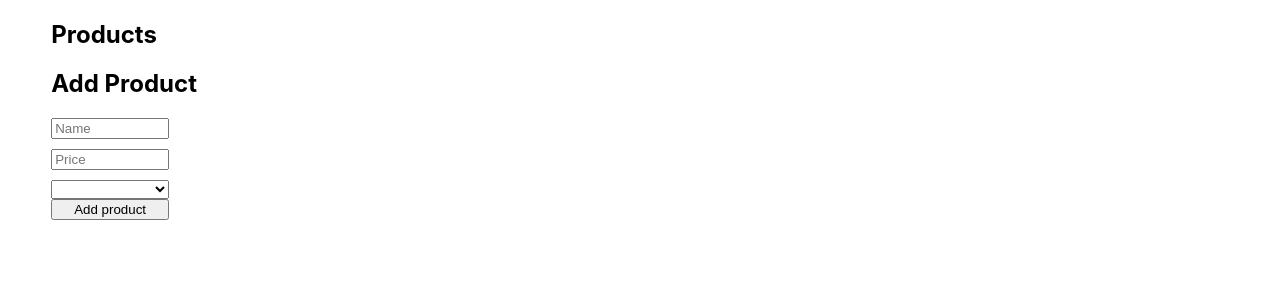
Repository: zcoderboy/redux-workout
Page: /
The author's editor kept a copy of each file at every save. The page is drawn from the files as they stood at one save, then again after the next save.
The browser window is 1280 px wide. The pictures show the whole page.
The project was rebuilt for these pictures with package versions that can differ from the ones it lists, and the page was loaded fresh each time. Also part of the build but not shown: src/Product.js.

Above is the page before, as saved 2020-08-17 15:34:42.

### src/index.js
import React from 'react';
import ReactDOM from 'react-dom';
import './index.css';
import App from './App';
import * as serviceWorker from './serviceWorker';
import reducer from './reducers'
import {createStore} from 'redux'
import {Provider} from 'react-redux'

const store = createStore(reducer,window.__REDUX_DEVTOOLS_EXTENSION__ && window.__REDUX_DEVTOOLS_EXTENSION__())

ReactDOM.render(
  <Provider store={store}>
    <React.StrictMode>
      <App />
    </React.StrictMode>
  </Provider>,
  document.getElementById('root')
);

// If you want your app to work offline and load faster, you can change
// unregister() to register() below. Note this comes with some pitfalls.
// Learn more about service workers: https://bit.ly/CRA-PWA
serviceWorker.unregister();

### src/App.js
import React from 'react';
import './App.css';
import ProductListContainer from './containers/ProductListContainer';
import ProductAddContainer from './containers/ProductAddContainer';

function App() {
  return (
    <div className="App">
      <ProductListContainer/>
      <ProductAddContainer/>
    </div>
  );
}

export default App;

### src/reducers/index.js
import {combineReducers} from 'redux'
import cart from './CartReducer'
import products from './ProductReducer'
import categories from './CategoryReducer'

export default combineReducers({
  cart,
  products,
  categories
})

### src/App.css
.App {
  padding: 0 4vw;
}

.App-logo {
  height: 40vmin;
  pointer-events: none;
}

@media (prefers-reduced-motion: no-preference) {
  .App-logo {
    animation: App-logo-spin infinite 20s linear;
  }
}

.App-header {
  background-color: #282c34;
  min-height: 100vh;
  display: flex;
  flex-direction: column;
  align-items: center;
  justify-content: center;
  font-size: calc(10px + 2vmin);
  color: white;
}

.App-link {
  color: #61dafb;
}

@keyframes App-logo-spin {
  from {
    transform: rotate(0deg);
  }
  to {
    transform: rotate(360deg);
  }
}

### src/containers/ProductListContainer.js
import {connect} from 'react-redux'
import ProductList from '../ProductList'

const mapStateToProps = (state) => {
  return {
    products: Object.keys(state.products)
  }
}

export default connect(mapStateToProps,null)(ProductList)

### src/containers/ProductAddContainer.js
import {connect} from 'react-redux'
import ProductAdd from '../ProductAdd'

const mapStateToProps = (state) => {
  return {
    keys: Object.keys(state.categories),
    categories: state.categories
  }
}

const mapDispatchToProps = (dispatch) => {
  return{
    addProduct: (product) => {
      product.id = Date.now()
      dispatch({
        type: 'ADD_PRODUCT',
        payload: product
      })
    }
  }
}

export default connect(mapStateToProps,mapDispatchToProps)(ProductAdd)

### src/reducers/CartReducer.js

const cart = (cart = [], action) => {
  return cart;
}

export default cart

### src/reducers/ProductReducer.js
import normalizedData from '../normalizedState'

const products = (products = normalizedData.entities.products, action) => {
  return products
}

export default products

### src/reducers/CategoryReducer.js
import normalizedData from '../normalizedState'

const categories = (categories = normalizedData.entities.categories, action) => {
  return categories
}

export default categories

### src/ProductList.js
import React from 'react'
import ProductContainer from './containers/ProductContainer'

const ProductList = ({products}) => {
  return (
    <div>
      <h2>Products</h2>
      {
        products.map(product => (
          <ProductContainer key={product} productId={product}/>
        ))
      }
    </div>
  )
}

export default ProductList

### src/ProductAdd.js
import React,{useReducer} from 'react'

const defaultState = {
    name: '',
    price: '',
    category: ''
}
const formReducer = (state, action) => {
  if(action.type === "UPDATE_STATE"){
    return {
      state,
      ...action.payload
    }
  }
  return state
}

const ProductAdd = ({keys,categories,addProduct}) => {
  const [state,dispatch] = useReducer(formReducer,defaultState)

  const handleChange = (event) => {
    dispatch({
      type: 'UPDATE_STATE',
      payload: {
        [event.target.name] : event.target.value
      }
    })
  }

  return (
    <>
      <h2>Add Product</h2>
      <form onSubmit={()=>console.log(state)}style={{
        display: "flex",
        flexDirection: "column",
        width: "10%"
      }}>
        <input style={{
          marginBottom: "10px"
        }} type="text" name="name" placeholder="Name" onChange={ (event) => handleChange(event) }></input>
        <input style={{
          marginBottom: "10px"
        }} type="number" name="price" placeholder="Price" onChange={ (event) => handleChange(event) }></input>
        <select name="category" onChange={ (event) => handleChange(event) }>
          {
            keys.map(key=>{
              return(
                <option value={key}>{categories[key].name}</option>
              )
            })
          }
        </select>
        <button type="submit" value="Add">Add product</button>
      </form>
    </>
  )
}

export default ProductAdd

### src/normalizedState.js
import {schema, normalize} from 'normalizr'
import defaultState from './products.json'

const category = new schema.Entity('categories')

const product = new schema.Entity('products', {
  category: category
})

const normalizedData = normalize(defaultState.products,[product])

export default normalizedData

### src/containers/ProductContainer.js
import { connect } from 'react-redux'
import Product from '../Product'

const mapStateToProps = (state,ownProps) =>{
  return{
    product: state.products[ownProps.productId]
  }
}

export default connect(mapStateToProps,null)(Product)

### src/products.json
{
  "products": [
    {
      "id": "3562143125784682734",
      "name": "Amiri Jeans",
      "price": "345 $",
      "category": {
        "id": "2135412642837212401",
        "name": "Pants"
      }
    },
    {
      "id": "5562143125784682734",
      "name": "Cactus Jack's Jordan 7",
      "price": "145 $",
      "category": {
        "id": "5135412642837212401",
        "name": "Shoes"
      }
    }
  ]
}

Loaded but not shown: public/index.html (common file); src/index.css (common file); src/serviceWorker.js (common file)

After the next save:
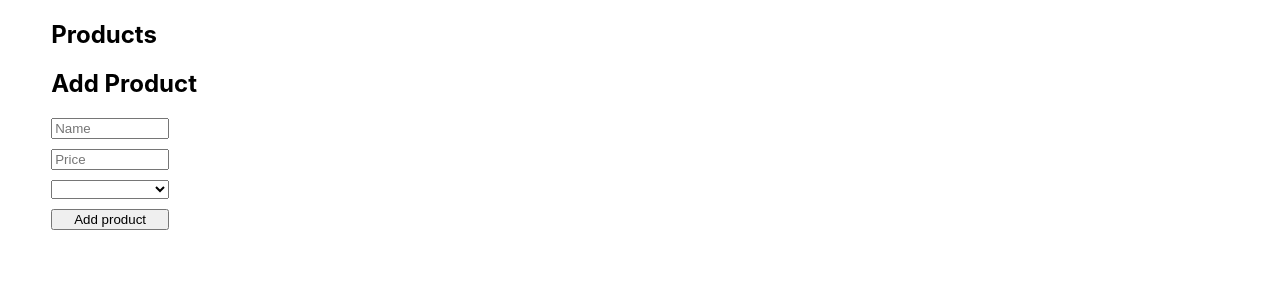
Saved 10 s later.
--- a/src/ProductAdd.js
+++ b/src/ProductAdd.js
@@ -41,7 +41,9 @@ const ProductAdd = ({keys,categories,addProduct}) => {
         <input style={{
           marginBottom: "10px"
         }} type="number" name="price" placeholder="Price" onChange={ (event) => handleChange(event) }></input>
-        <select name="category" onChange={ (event) => handleChange(event) }>
+        <select style={{
+          marginBottom: "10px"
+        }} name="category" onChange={ (event) => handleChange(event) }>
           {
             keys.map(key=>{
               return(
